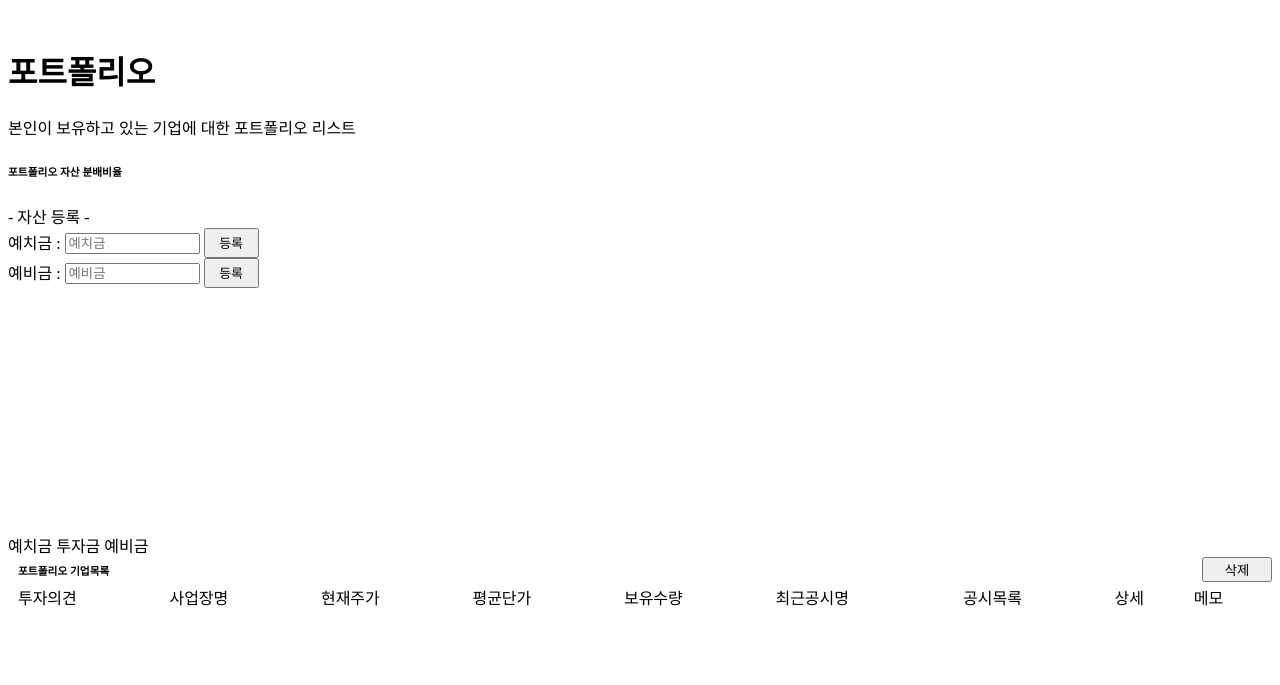
Repository: bangProgram/PJT_Finance
Page: http://localhost/Finance/WEB-INF/views/portfolio/portfolioDetail.jsp
The author's editor kept a copy of each file at every save. The page is drawn from the files as they stood at one save, then again after the next save.
The browser window is 1280 px wide. The pictures show the whole page.
The page is served by Tomcat 9. Nobody is signed in. Other server files are loaded and not shown. The template is opened directly, without the code that normally fills it, so the values that code supplies are empty.

Above is the page before, as saved 2022-11-10 08:06:40.
Console error: SyntaxError: Unexpected token ','

### Finance/src/main/webapp/WEB-INF/views/portfolio/portfolioDetail.jsp
<%@ page pageEncoding="UTF-8" contentType="text/html;charset=utf-8"%>
<%@ taglib prefix="fmt" uri="http://java.sun.com/jsp/jstl/fmt"%>
<%@ taglib uri="http://java.sun.com/jsp/jstl/core" prefix="c"%>
<script src="https://code.jquery.com/jquery-3.4.1.min.js"></script>﻿
<script type="text/javascript">
	var toggleChk = true;
	$(document).ready(function(){

		$("#portCorpList").dataTable({
			lengthMenu: [ 12, 18, 24, 30, 36 ],
		 	data: ${getPortCorpJson},
		 	destroy: true,
		 	columns: [
		  		{ "data": '',
		  			"defaultContent" : '',
		  			"render": function(data, type, row, meta){
		  	            if(type === 'display'){
		  	            	data = '<input type="checkbox" name="del_chk" id="del_chk" value="'+row.CORP_CODE+'" title="삭제 체크박스">';
		  	            }

		  	            return data;
		  	         }
		  		},
		  		{ "data": 'INVEST_OPINION',
		  			"render": function(data, type, row, meta){
		  				if(row.INVEST_OPINION != null && row.INVEST_OPINION != ''){
		  					if(type === 'display'){
			  	                data = row.INVEST_OPINION;
			  	            }
		  				}else{
		  					data = "없음";
		  				}

		  	            return data;
		  	         }
		  		},
		  		{ data: 'CORP_NAME' },
		  		{ "data": '',
		  			"defaultContent" : '',
		  			"render": function(data, type, row, meta){
		  	            if(type === 'display'){
		  	                data = '';
		  	            }

		  	            return data;
		  	         }
		  		},
		  		{ "data": 'AVR_PRICE',
		  			"render": function(data, type, row, meta){
		  				if(row.AVR_PRICE != null && row.AVR_PRICE != ''){
		  					if(type === 'display'){
			  	                data = row.AVR_PRICE;
			  	            }
		  				}else{
		  					data = "없음";
		  				}

		  	            return data;
		  	         }
		  		},
		  		{ "data": 'HOLD_QUANTITY',
		  			"render": function(data, type, row, meta){
		  				if(row.HOLD_QUANTITY != null && row.HOLD_QUANTITY != ''){
		  					if(type === 'display'){
			  	                data = row.HOLD_QUANTITY;
			  	            }
		  				}else{
		  					data = "없음";
		  				}

		  	            return data;
		  	         }
		  		},
		  		{ "data": '',
		  			"defaultContent" : '',
		  			"render": function(data, type, row, meta){
		  	            if(type === 'display'){
		  	                data = '<a href="#" onclick="openReportPop(\''+row.REPRT_NO+'\',\''+row.REPRT_NM+'\')" >'+row.REPRT_NM+'</a>';
		  	            }

		  	            return data;
		  	         }
		  		},
		  		{ "data": '',
		  			"defaultContent" : '',
		  			"render": function(data, type, row, meta){
		  	            if(type === 'display'){
		  	            	 data = '<a href="#" onclick="openReportList(\''+row.CORP_CODE+'\',\''+row.CORP_NAME+'\')" class="btn btn-light btn-icon-split"><span class="icon text-gray-600"><i class="fas fa-flag"></i></span></a>';
		  	            }

		  	            return data;
		  	         }
		  		},
		  		{ "data": '',
		  			"defaultContent" : '',
		  			"render": function(data, type, row, meta){
		  	            if(type === 'display'){
		  	            	data = '<a href="#" class="btn btn-info btn-circle btn-sm"><i class="fas fa-info-circle"></i></a>';
		  	            }

		  	            return data;
		  	         }
		  		},
		  		{ "data": 'MEMO',
		  			"render": function(data, type, row, meta){
		  				if(row.MEMO != null && row.MEMO != ''){
		  					if(type === 'display'){
			  	                data = '<a href="#" class="btn btn-info btn-circle btn-sm"><i class="fas fa-info-circle"></i></a>';
			  	            }
		  				}else{
		  					data = "없음";
		  				}

		  	            return data;
		  	         }
		  		}
		  	]
		});
	});

	function delInterest(corpCd,corpNm,stockCd){
		var frm = document.form;

		if(!confirm('\''+corpNm+'\'을 관심목록에서 삭제하시겠습니까?')) return;

		$("#corpCd").val(corpCd);
		$("#corpNm").val(corpNm);
		$("#stockCd").val(stockCd);

		frm.action = "/interest/del/cud";
		frm.submit();
	}

	function addPortfolio(corpCd,corpNm,stockCd){
		var url = "/portfolio/add/cud";

		if(!confirm('\''+corpNm+'\'을 포트폴리오에 추가하시겠습니까?')) return;

		$.ajax({
			type : 'post',           // 타입 (get, post, put 등등)
			url : url,           // 요청할 서버url
			data : {
				CORP_CODE 	: corpCd,
				CORP_NAME	: corpNm,
				STOCK_CODE 	: stockCd,
			},
			dataType : 'json',
			success : function(data) { // 결과 성공 콜백함수
				$('#dataTables').css("animation-name","add");
				$('#dataTables').css("animation-duration","2.5s");
			},
			error : function(request, status, error) {
				console.log(error)
			}
		})
	}

	function openReportPop(reprtNo,reprtNm){
        var url = "https://dart.fss.or.kr/dsaf001/main.do?rcpNo="+reprtNo;
        var name = reprtNm;
        var option = "width = 500, height = 1500, top = 100, left = 200, location = no"
        window.open(url, name, option);
    }

	function openReportList(corpCd,corpNm){
        var url = "/popup/dart/report/list?corpCd="+corpCd;
        var name = corpNm + " 공시 목록";
        var option = "width = 1500, height = 1500, top = 100, left = 200, location = no"
        window.open(url, name, option);
    }

	function delPortCorp(){
		var frm = document.searchForm;
		var delChks = "";

		var i = 0;
		$("input[name=del_chk]:checked").each(function(){
			if(i==0){
				delChks += $(this).val();
			}else{
				delChks += ","+$(this).val();
			}
			i++;
		});

		if(i == 0){
			alert("삭제할 사업장을 선택해 주세요.");
			return;
		}

		var corpCd = "";

		if(!confirm('체크된 사업장을 포트폴리오에서 삭제하시겠습니까?')) return;

		$("#corpCds").val(delChks);

		frm.action = "/portfolio/del/cud";
		frm.submit();
	}

</script>

<style>
@keyframes add {
	from{background : lightgreen;}
	to{background : transparent;}
}

@keyframes del {
	from{background : indianred;}
	to{background : transparent;}
}

@keyframes search {
	from{background : lightsteelblue;}
	to{background : transparent;}
}

</style>
<html>
<head>
<title>사업장 목록</title>
</head>
<body>
<div class="container-fluid">
	<form name="searchForm" method="post">
	<input type="hidden" name="pYearList" id="pYearList" value="${yearString}" title="조회 년도 목록">
	<input type="hidden" name="pQuaterList" id="pQuaterList" value="${quaterString}" title="조회 년도 목록">
	<input type="hidden" name="pStartYear" id="pStartYear" class="pSearchYear" value="${pStartYear}" title="조회 시작년도">
	<input type="hidden" name="pEndYear" id="pEndYear" class="pSearchYear" value="${pEndYear}" title="조회 시작년도">

	<input type="hidden" name="corpCds" id="corpCds" value="" title="삭제대상 사업장코드(복수)">
    </form>
</div>

<div class="container-fluid">

	<!-- Page Heading -->
	<h1 class="h3 mb-2 text-gray-800">포트폴리오</h1>
	<p class="mb-4">본인이 보유하고 있는 기업에 대한 포트폴리오 리스트
		<span id=""></span>
	</p>

	<div class="col-xl-4 col-lg-5">
	    <div class="card shadow mb-4">
	        <!-- Card Header - Dropdown -->
	        <div class="card-header py-3 d-flex flex-row align-items-center justify-content-between">
	            <h6 class="m-0 font-weight-bold text-primary">포트폴리오 자산 분배비율</h6>
	            <div class="dropdown no-arrow">
	                <a class="dropdown-toggle" href="#" role="button" id="dropdownMenuLink" data-toggle="dropdown" aria-haspopup="true" aria-expanded="false">
	                    <i class="fas fa-ellipsis-v fa-sm fa-fw text-gray-400"></i>
	                </a>
	                <div class="dropdown-menu dropdown-menu-right shadow animated--fade-in" aria-labelledby="dropdownMenuLink">
	                    <div class="dropdown-header">- 자산 등록 -</div>
	                    <div class="dropdown-divider"></div>
	                    <div>
		                    <div class="dropdown-item">
			                    예치금 : <input type="text" name="DEPOSIT_AMOUNT" id="DEPOSIT_AMOUNT" style="width : 135px;" value=""  placeholder="예치금">
			                    <button class="btn btn-outline-primary" style="height: 30px; font-size: 13px; width: 55px;" onclick="regAsset('deposit'); return false;">등록</button>
		                    </div>
		                    <div class="dropdown-item">
			                    예비금 : <input type="text" name="RESERVE_AMOUNT" id="RESERVE_AMOUNT" style="width : 135px;" value=""  placeholder="예비금">
			                    <button class="btn btn-outline-primary" style="height: 30px; font-size: 13px; width: 55px;" onclick="regAsset('reserve'); return false;">등록</button>
		                    </div>
	                    </div>
	                    <!--
	                    <a class="dropdown-item" href="#">예치금 :
	                    	<input type="text" class="form-control form-control-user" style="border-radius : 0em;" name="DEPOSIT_AMOUNT" id="DEPOSIT_AMOUNT" placeholder="예치금">
	                    </a>
	                    <a class="dropdown-item" href="#">예비금 :
	                    	<input type="text" class="form-control form-control-user" style="border-radius : 0em;" name="RESERVE_AMOUNT" id="RESERVE_AMOUNT" placeholder="예비금">
						</a>
						 -->
	                </div>
	            </div>
	        </div>
	        <!-- Card Body -->
	        <div class="card-body">
	            <div class="chart-pie pt-4 pb-2"><div class="chartjs-size-monitor"><div class="chartjs-size-monitor-expand"><div class=""></div></div><div class="chartjs-size-monitor-shrink"><div class=""></div></div></div>
	                <canvas id="myPieChart" width="470" height="245" style="display: block; width: 470px; height: 245px;" class="chartjs-render-monitor"></canvas>
	            </div>
	            <div class="mt-4 text-center small">
	                <span class="mr-2">
	                    <i class="fas fa-circle text-primary"></i> 예치금
	                </span>
	                <span class="mr-2">
	                    <i class="fas fa-circle text-success"></i> 투자금
	                </span>
	                <span class="mr-2">
	                    <i class="fas fa-circle text-info"></i> 예비금
	                </span>
	            </div>
	        </div>
	    </div>
	</div>

	<!-- DataTales Example -->
    <div class="card shadow mb-4">
        <div class="card-header py-3" id="dataTables" style="display: table;">
            <h6 class="m-0 font-weight-bold text-primary" style="display: table-cell; width: 95%; padding-left: 10px;">포트폴리오 기업목록</h6>
            <div >
				<button class="dt-button buttons-excel buttons-html5 btn btn-outline-primary excelBtn" style="width: 70px;" tabindex="0" aria-controls="portCorpList" onclick="delPortCorp(); return false;">
					<span>삭제</span>
				</button>
			</div>
        </div>
        <div class="card-body">
            <div class="table-responsive" >
                <table id="portCorpList" class="table table-bordered" id="dataTable" width="100%" >
                    <thead id="tableHead">
			            <tr>
			            	<td></td>
							<td>투자의견</td>
							<td>사업장명</td>
							<td>현재주가</td>
							<td>평균단가</td>
							<td>보유수량</td>
							<td>최근공시명</td>
							<td>공시목록</td>
							<td>상세</td>
							<td>메모</td>
						</tr>
			        </thead>
			        <tbody id="bodyList">
			        </tbody>
                </table>
            </div>
        </div>
    </div>
</div>
</body>
</html>

After the next save:
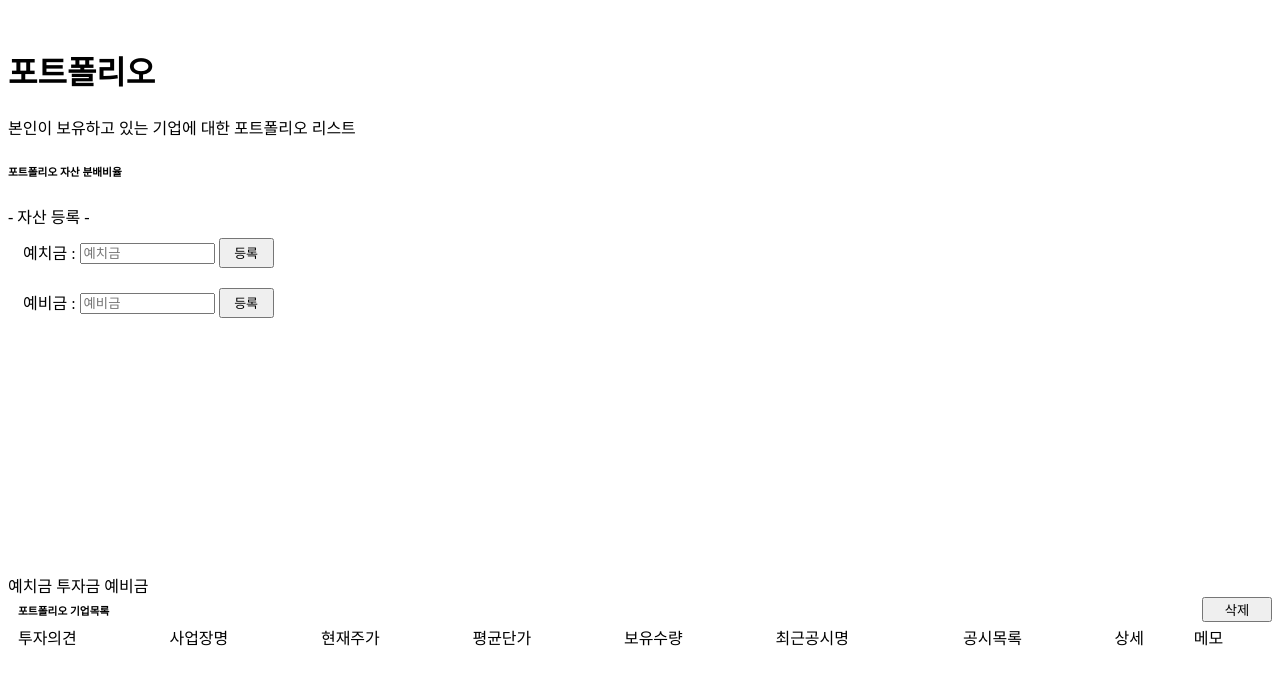
Saved 3 min 44 s later.
--- a/Finance/src/main/webapp/WEB-INF/views/portfolio/portfolioDetail.jsp
+++ b/Finance/src/main/webapp/WEB-INF/views/portfolio/portfolioDetail.jsp
@@ -254,11 +254,11 @@
 	                    <div class="dropdown-header">- 자산 등록 -</div>
 	                    <div class="dropdown-divider"></div>
 	                    <div>
-		                    <div class="dropdown-item">
+		                    <div class="dropdown-item" style="padding: 10px 15px 10px 15px;">
 			                    예치금 : <input type="text" name="DEPOSIT_AMOUNT" id="DEPOSIT_AMOUNT" style="width : 135px;" value=""  placeholder="예치금">
 			                    <button class="btn btn-outline-primary" style="height: 30px; font-size: 13px; width: 55px;" onclick="regAsset('deposit'); return false;">등록</button>
 		                    </div>
-		                    <div class="dropdown-item">
+		                    <div class="dropdown-item" style="padding: 10px 15px 10px 15px;">
 			                    예비금 : <input type="text" name="RESERVE_AMOUNT" id="RESERVE_AMOUNT" style="width : 135px;" value=""  placeholder="예비금">
 			                    <button class="btn btn-outline-primary" style="height: 30px; font-size: 13px; width: 55px;" onclick="regAsset('reserve'); return false;">등록</button>
 		                    </div>
